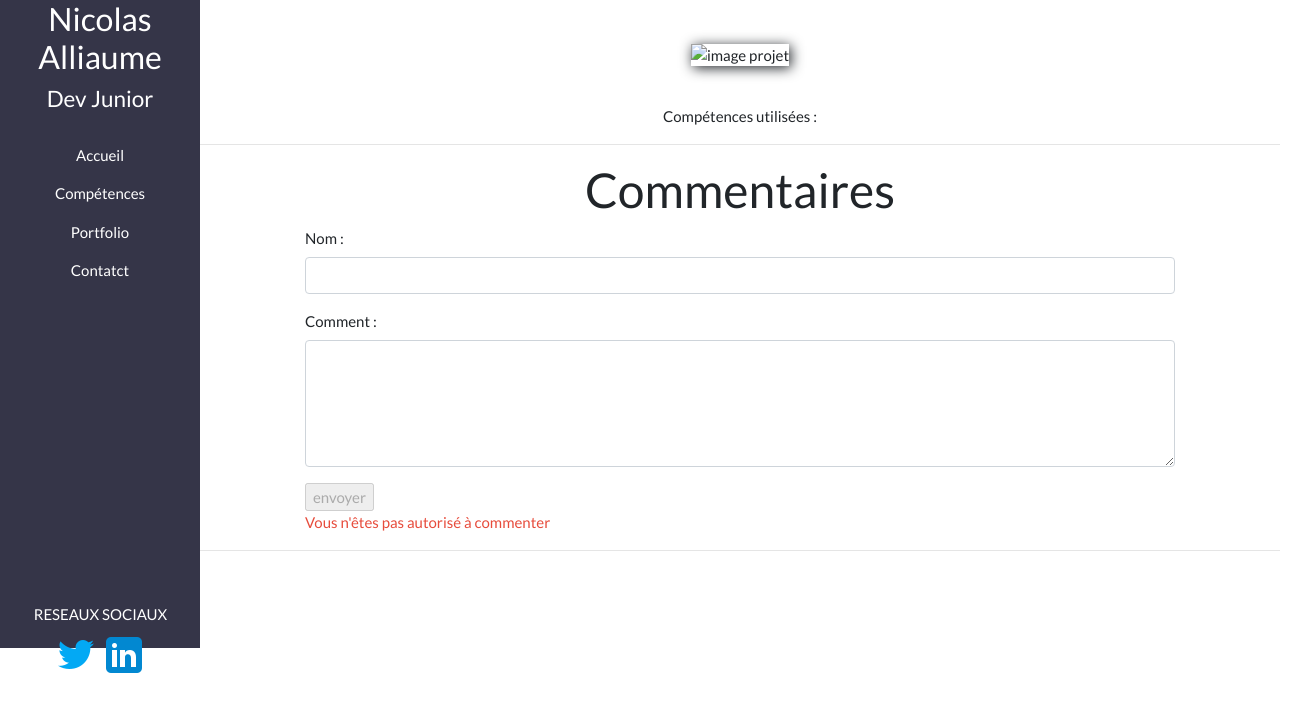
Repository: Nicolas-al/alliaumen
Page: templates/portfolio/index.html.twig
An editor plug-in stored every save of this project. The page is shown before and after the next save, followed by the edit.
The browser window is 1280 px wide. The page is 1280 px wide, then 1295 px, so the pictures cover 1295 px, including what lies to the right of the window. The pictures show the whole page.
Some web fonts or font styles are not loaded; a fallback is used. Some web libraries are served in a nearby version. The page is a Twig template of a Symfony application; nobody is signed in and links lead nowhere. Other server files are loaded and not shown. The template is opened directly, without the code that normally fills it, so the values that code supplies are empty.

Above is the page before, as saved 2020-09-14 16:09:23.

### templates/portfolio/index.html.twig
{% extends 'base.html.twig' %}

{% block body %}
<div class="wrapper">
    <nav id="sidebar">
    {% include 'main/aside.html.twig' %}
    </nav>
    <div class="content">
        <section class="project_page">
            <div class="container">
                <h1>{{ portfolio.title }}</h1>
                <p> {{ portfolio.description }}</p>
                <figure>
                <img src="{{ vich_uploader_asset( portfolio, 'imageFile') | imagine_filter('slider_thumb')}}" alt="image projet">
                <figcaption>Compétences utilisées : {{ portfolio.skills }}</figcaption>
                </figure>
            </div>
        </section>
        <hr>
        <section id="comment_block">
            <div class="container col-lg-10" id="comment_whrite">
                <h1> Commentaires </h1>
                <form action={% if is_granted('ROLE_MODO') %} "{{ path('modo_project', {'id' : portfolio.id}) }}"
                {% else %}
                "{{ path('portfolio', {'id' : portfolio.id}) }}"
                {% endif %}
                method="post">
                    <div class="form-group">
                        <label for="author">Nom :</label>
                        <input class="form-control" type="text" name="author" required/>
                    </div>
                    <div class="form-group">
                        <label for="comment">Comment :</label>
                        <textarea class="form-control" rows="5" name="comment" id="comment" required></textarea>
                    </div>
                    <div class="form-group">
                        {% if ip == ipBan %}
                        <input type="submit" name="submit" value="envoyer" disabled>
                        <p class="text-danger"> Vous n'êtes pas autorisé à commenter </p>
                        {% else %}
                        <input type="submit" name="submit" value="envoyer">
                        {% endif %}
                    </div>
                </form>
            </div>
            <hr>
            <div class="container col-lg-10" id="comments">
                {% for comment in comments %}
                    {% if comment.portfolio == portfolio %}
                    <div class="row comment" id="{{ comment.id }}">
                        <div class="col-lg-12" id="author_comment">
                            <p>Posté par <strong>{{ comment.author }}</strong> le {{ comment.createdAt | date('d/m/Y') }} à {{ comment.createdAt | date('H:i') }}h </p>
                        </div>
                        <div class="col-lg-12" id="content_comment">
                            <p>{{ comment.content }} </p>
                        </div>
                        {% if is_granted('ROLE_MODO') %}
                        <div class="form-group" id="moderate-buttton">
                            <div class="delete-com" onclick="deleteCom({{ comment.id }}, {{ portfolio.id }})">
                                <input type="button" class="btn btn-primary" value="Supprimer">
                            </div>
                            <div class="moderate" onclick="banIp({{ comment.id }}, {{ portfolio.id }})">
                                <input type="button" class="btn btn-primary" value="Bannir l'IP">
                            </div>
                        </div>
                        {% endif %}
                    </div>
                    {% endif %}
                {% endfor %}
            </div>
        </section>
    </div>
</div>

{% endblock %}

### templates/base.html.twig
<!DOCTYPE html>
<html>
    <head>
        <lang="fr">
        <meta charset="UTF-8">
        <meta name="viewport" content="width=device-width, initial-scale=1">

        <title>{% block title %}Projet5!{% endblock %}</title>
        {% block stylesheets %}
        <link type="text/css" rel="stylesheet" href="{{ asset('/css/style.css') }}" />
        <link type="text/css" rel="stylesheet" href="{{ asset('/css/project.css') }}" />
        <link rel="stylesheet" href="https://bootswatch.com/4/flatly/bootstrap.min.css">
        <link rel="stylesheet" href="https://cdnjs.cloudflare.com/ajax/libs/font-awesome/5.9.0/css/all.css">
        <link href="https://fonts.googleapis.com/css2?family=Oswald&family=Philosopher&family=Roboto&family=Crete+Round&family=Dosis:wght@600&family=Merienda:wght@700&display=swap" rel="stylesheet">
        <script src="https://code.jquery.com/jquery-3.5.1.min.js" integrity="sha256-9/aliU8dGd2tb6OSsuzixeV4y/faTqgFtohetphbbj0=" crossorigin="anonymous"></script>
        <script src="{{ asset('js/accueil/profil.js') }}"></script>
        <script src="{{ asset('js/accueil/skills.js') }}"></script>
        <script src="{{ asset('js/accueil/slider.js') }}"></script>
        <script src="{{ asset('js/accueil/contact.js') }}"></script>

        {% endblock %}
    </head>
    <body>

            {# {% block aside %}{% endblock %} #}
            {% block body %}{% endblock %}
            {% block javascripts %}{% endblock %}
            <footer>
            {% block footer %}{% endblock %}
            </footer>
            <script src="{{ asset('js/portfolio/deleteCom.js') }}"></script>
            <script src="{{ asset('js/portfolio/banIp.js') }}"></script>
    </body>
</html>

### templates/main/aside.html.twig

    {% block sidebar %}
            <div class="sidebar-header">
                <h3 class="text-center">Nicolas Alliaume</h3>
                <h4 class="text-center">Dev Junior</h4>
            </div>
            <div class="navbar navbar-expand text-center">
                <ul class="nav" style="width: -webkit-fill-available">
                    <li class="nav-item active"><a href="/#" class="nav-link text-white">Accueil</a></li>
                    <li class="nav-item"><a href="/#block_competences" class="nav-link text-white">Compétences</a></li>
                    <li class="nav-item"><a href="/#block_portfolio" class="nav-link text-white">Portfolio</a></li>
                    <li class="nav-item"><a href="/#block_contact" class="nav-link text-white">Contatct</a></li>
                </ul>
            </div>
            <div class="block_network">
                <h6>RESEAUX SOCIAUX</h6>
                <div class="d-flex justify-content-center">
                    <img class="" src="{{ asset('images/icons/icon-twitter.png') }}" alt="icon de twitter">
                    <img src="{{ asset('images/icons/icon-linkedin.png') }}" alt="icon de linkedin">
                </div>
            </div>
    {% endblock %}

### public/css/style.css
.wrapper {
    display: flex;
    width: 100%;
    align-items: stretch;
}

#sidebar{
    background : #353548;
    max-width: 200px;
    min-width: 200px;
}
#header{
    height: 400px;
}
#block_competences{
    height: 500px;
    margin-left: 0;
    margin-right: 0;
}
#block_portfolio{
    height: 1400px;
}
#block_contact{
    margin-top: 20px;
    height: 380px;
}
footer{
    background: #353648
}
.button{
    background: #14a7ea;
    border: 1px solid white;
    padding: 9px 46px;
    border-radius: 4px;
}
.button a{
    font-size: 1.2em;
}
.button a:hover{
    text-decoration: none;
}

/* sections block titre */

.block_title{
    height: 165px;
    background: #35334814;
    width: 100%;
}
.title_elmt{
    display: flex;
    flex-direction: column;
}
.minus_block{
    text-align: center;
    margin-top: 61px;
}
.minus_one{
    color: #11a7ea
}
.minus_two{
    color: #1d75d2;
}
.minus_three{
    color: #353648;
}
.title{
    display: flex;
    margin-left: -15px;
    margin-right: -15px;
}
.title h4{
    font-family: 'Philosopher', sans-serif;
    margin-right: auto;
    margin-top: auto;
    margin-bottom: auto;
}
.title img{
    height: 39px;
    margin-top: auto;
    margin-left: auto;
    margin-bottom: auto;
}

/*------------------------------------- ASIDE -------------------------------------*/

#aside h3{
    font-family: 'Oswald', sans-serif;
}
.sidebar-header{
    color: white;
}
#sidebar ul{
    justify-content: center;
}
.block_nav{
    position: fixed;
    top: 27%;
    width: 15.7%
}

.block_nav ul{
    display: flex;
    flex-direction: column;
    margin: auto;
    justify-content: end;
}
.block_nav a{
    font-family: 'Catamaran', sans-serif;
    padding-left: 20px
}

.block_network{
    position: fixed;
    top: 84%;
    text-align: center;
    width: 15.7%;
}
h6{
    color: white;
}
/*----------------------------------- HEADER -----------------------------------*/

.header_p{
    font-family: 'Merienda', cursive;
    font-size: 1.3em;
    color: #212529e8;
    width: 93%;
    box-shadow: 0px 0px 7px;
    text-align: center;
}

#block_photo{
    max-width: 35%;
    margin: auto;
    padding-bottom: 40px;
}

/* Mon profil */

#block_profil{
    height: fit-content;
}

#profil{
    justify-content: center;
    align-items: center;
}
.block-down{
    margin-right: 5%;
}
.from-center{
    margin-left: 45px;
}
/* Animation double Flèches vers le bas */

@keyframes down{
	0% {transform: translateY(0%) ; opacity: 0.5}
	25% {transform: translateY(-30%); opacity: 0.2}
    75% {transform: translateY(30%); opacity: 1}
    100% {transform: translateY(0%); opacity: 0.5}
}
.double-down{
	animation: down 1.2s infinite;
	width: 3%;
}

/* ~~~~~~~ INIT. BTN ~~~~~~~ */

#profil{
    position: relative;
    padding: 1.4rem 4.2rem;
    padding-right: 3.1rem;
    font-size: 1.4rem;
    color: black;
    letter-spacing: 1.1rem;
    text-transform: uppercase;
    transition: all 500ms cubic-bezier(0.77, 0, 0.175, 1);
    cursor: pointer;
    user-select: none;
}

#profil:before, #profil:after {
    content: '';
    position: absolute;
    transition: inherit;
    z-index: -1;
    box-sizing: border-box;
}

#profil:hover {
    color: white;
    transition-delay: .5s;
}

#profil:hover:before {
    transition-delay: 0s;
}

#profil:hover:after {
    background: #353648;
    transition-delay: .35s;
}


#profil:before {
    top: 0;
    left: 50%;
    height: 100%;
    width: 0;
    border: 1px solid #353648;
    border-left: 0;
    border-right: 0;
}

#profil:after {
    bottom: 0;
    left: 0;
    height: 0;
    width: 100%;
    background: #353648;
}

#profil:hover:before {
    left: 0;
    width: 100%;
}

#profil:hover:after {
    top: 0;
    height: 100%;
}

#profil_panel{
    display: none;
}


/* ------------------------------------BLOCK COMPETENCES--------------------------------------*/
#skills{
    display: flex;
    width: 100%;
}
.skills{
    margin-bottom: -200px;
}
.skills-title{
    align-items: center;
}
.skills-title i{
    margin: inherit;
}
.logo-skills p{
    width: fit-content;
    margin: auto;
}
.logo-skills:hover{
   font-size: 20px;
   transition: 1s;
   font-weight: bold;
}
#skills img{
    width: 48px;
}
#skills img:hover{
    width: 65px;
    transition: 0.5s;
}
.align-title{
    margin: inherit;
    margin-left: 5px;
}

#front{
    width: 53%;
    border-bottom: 300px solid whitesmoke;
}
#back{
    width: 59%;
    border-bottom: 300px solid #353448;
    border-left: 43px solid #f5f5f5fc;
}

/* -------------------------------------------BLOCK PORTFOLIO----------------------------------------- */

#para_portfolio{
    height: 100px;
    padding: 0px 20px;
    text-align: center;
}

/* -------Slider------- */
.block_slides{
    height: 40%;
}
#block_portfolio h4{
    text-align: center;
    font-family: 'Philosopher', sans-serif;
}
.panel_project{
    width: 92%;
    margin: auto;
    display: none;
    box-shadow: 0px 0px 27px #353448;
    border-radius : 5px;
}


.description_project{
    border-bottom: 5px solid #f39c12c9;
    background: white;
    padding: 10px;
    border-top-left-radius: 5px;
    border-top-right-radius: 5px;
}
.description_project h4{
    font-weight: 700;
}
.description_project p{
    font-size: 1.1em;
}
.project img{
    width: 100%;
}
.project_link{
    border: 2px solid white;
    margin-left: 40%;
    position: absolute;
    z-index: 13;
    padding: 7px 15px;
    margin-top: -27%;
    background: #1e74d2;
}
.project_link:hover{
    background: #100f19;
}
.project_link a:hover{
    text-decoration: none;
}
.skills_project{
    border-top: 5px solid #f39c12c9;
}
.skills_project p{
    padding-right: 2%;
    padding-left: 2%;
    padding : 10px;
}
.skills_project span{
    font-weight: bold;
}
/* Cards projects */

#block_project_card{
    margin-top : 15%;
}
#projects_cards{
    text-align: center;
    justify-content: center;
   margin-left: 5%;
}
.project_card{
    color: white;
    margin-left: -10%;
    border: 1px solid;
    box-shadow: 0px 0px 3px;
    border-right: 2px solid;
    border-radius: 11px;
    max-width: 22%;
    background: #353348;
    cursor: pointer;
}
.project{
    opacity: 0.8;
}
.project h4{
    color: white;
}
.project p{
    color: white;
}
.project_content p{
    padding: 3% 9% 0% 9%;
    margin-bottom: 0;
    text-align: justify;
    font-size: 0.8em;
}
.project_content p:last-child{
    margin-bottom: 3%;
}
.project_content h4{
    padding: 3%;
}
.project_content img{
    width: 99%;
}
/*------------------------------------------- BLOCK CONTACT ---------------------------------------- */

#block_contact address a{
    font-weight: bold;
    color: #353648;
}

.modal_contact{
    display: none;
    background: white;
    width: inherit;
    z-index: 100;
    top: 0px;
    height: 100%;
    position: absolute;
    margin-left: -15px;
}

#errors_form{
    color: red;
    font-size: 1em;
    display: none;
}

/*-------------------------- MENTIONS LEGALES ------------------------*/

#mentions_body a{
    color: #0087d1;
}

/*---------------------------- FOOTER ---------------------------------*/

.copyright{

}

/*================================================ RESPONSIVE ======================================================== */
/*================================================            ======================================================== */

@media screen and (max-width: 991px){
    .wrapper{
        display: block;
    }
    #sidebar{
        min-width: 100%;
        max-width: 100%;
    }
    .block_nav{
        position: inherit;
        display: contents
    }
    .block_nav ul{
        display: flex;
        flex-direction: inherit;
        justify-content: center;
    }
    .block_network{
        position: absolute;
        top: 10%;
        left: 5%;
    }
    .block_network h6{
        display: none;
    }
    #mentions_body{
    margin-left: 2%;
    }

    #block_competences{
        height: auto;
    }

    #skills{
        height: fit-content;
        flex-direction: column;
        display: flex !important;
    }
    .skills{
        margin-bottom: 0;
    }
    #front{
        width: auto;
        border-bottom: none;
        background-color: #f5f5f5;
    }
    #text_black{
        padding: 20px 30px
    }
    #back{
        width: auto;
        border-bottom: none;
        border-left: none;
        background-color: #353448;
    }
    #text_white{
        padding: 20px 30px
    }
    .logo-skills{
        width: 20% !important;
    }
    #block_portfolio{
        height: auto;
    }
    #para_portfolio{
        margin-top: 5%;
        margin-bottom: 12%;
    }
    #block_project_card {
        margin-top: 20%;
    }
    .project_card {
        max-width: 26%;
        height: 259px;
    }
}

@media screen and (max-width: 702px){
    .projects_cards{
        margin-left: 5%;
    }
    .project_content p {
        font-size: 0.7em;
    }
    .project_card {
        max-width: 29%;
        height: 241px;
    }

}
    @media screen and (max-width: 500px){
    .project_card {
        max-width: 32%;
        height: 243px;
        }
    .block_slides{
        margin: 0% 0% 0% 2% !important;
    }
    .project_link{
        margin-left: 35%;
    }
    #block_project_card {
        margin-top: 30%;
        padding-left: 7%;
    }
    .block_network{
        top: 1%;
        left: 8%;
    }
    h6{
        display: none;
    }
    #contact_block{
        width: 80%;
    }
}

### public/css/project.css
/* ------------ Project Page -------------- */

h1{
    text-align: center;
    margin: 4%;
}
.project_page p{
    font-size: 1.1em;
    margin: 4% 0%;
    text-align: center;
}
.content{
    width: 100%;
}
figure{
    text-align: center;
}
figure img{
    box-shadow: 2px 2px 13px;
}
figcaption{
    margin-top: 39px
}
#comment_block{
    margin-bottom: 30px;
}
#comments{
    margin-bottom: 9%;
    margin-top: 4%;
}
#comments .comment{
    margin-bottom: 30px;
    border: 1px gainsboro;
    box-shadow: 1px 1px 5px;
}
#author_comment{
background-color: #353648;
color :white
}
#content_comment{
background-color: #35364859;
padding: 9px 10px;
}

### public/js/accueil/profil.js
$(document).ready(function () {

    var blockDown = $('.block-down>i')
    var profil = $('#profil');
    var x = window.matchMedia("(max-width: 702px)");
    var xSmall = window.matchMedia("(max-width: 576px)");
    var blockSkills = $('#block_competences');

    profil.on("click", function(){
        blockDown.removeClass("double-down");
        $('#profil_panel').fadeIn(2000).delay(1000);
        $('#block_profil').css({
        "margin" : "unset"
        });
        $(this).css({
            "background" : "#353548",
            "color" : "white"
        })
        if (x.matches) { // If media query matches
            blockSkills.css({"margin-top" : "5%"});
          }
        if (xSmall.matches) {
            blockSkills.css({"margin-top" : "33%"});
        }
        console.log('weeee');
    })
});

### public/js/accueil/slider.js
$(document).ready(function () {

    let projectCard = $('.project_card');
    let project = $('.project');
    let infosProject = $('.panel_project');
    let opacitySlide = $('.opacity_slide');
    console.log(projectCard);
    console.log(project);

    for (let i=0 ; i < projectCard.length; i++)
    {
        $(projectCard[1]).css({
            "marginTop" : "-100px",
            "marginBottom" : "100px",
            "background" : "rgb(97, 95, 130);",
            "cursor" : "default"
        });
        for (let a=0 ; a < projectCard.length; a++)
        {
            $(projectCard[a]).click(function (){
                if ($(projectCard[i]).css('marginTop') === '-100px'){
                    $(projectCard[i]).css({
                        "marginTop" : "0px",
                        "marginBottom" : "0px",
                        "background" : "#353348",
                        "cursor" : "pointer"
                    })
                }
                $(projectCard[a]).css({
                    "marginTop" : "-100px",
                    "marginBottom" : "100px",
                    "background" : "rgb(97, 95, 130);",
                    "cursor" : "default"
                })
                $(infosProject[i]).hide();
                $(opacitySlide[i]).hide();
                $(infosProject[a]).show();
                $(opacitySlide[a]).show();
            });


            if ($(projectCard[i]).css('marginTop') === '-100px')
            {
                $(infosProject[i]).show();
                $(opacitySlide[i]).show();
            }


        }
    }
})

### public/js/accueil/contact.js
$(document).ready(function () {
        // on click pour afficher le formulaire
        ($('#form_button')).click(function(){
            $('.modal_contact').show();
            $('#sidebar').on('click', function(){
                $('.modal_contact').hide();
            });
        });
        //on attribut un href au btn de validation du formulaire
        if($('.modal_contact').hide()){
            console.log($('#form_link').attr("href"));
            $('#form_link').attr("href", "#contact_form");
        }
        // on click pour valider le formulaire
        $('#button_form').on('click', function(e){
            var name = $('#name').val();
            var firstName = $('#firstname').val();
            var mail = $('#mail').val();
            var message = $('#message').val();
            // si des champs sont vides : message erreur
            if (name === "" || firstName === "" || mail === "" || message === ""){
                var errorsForm = $('#errors_form').text("Un ou plusieurs champs ne sont pas remplis");
                errorsForm.fadeIn(300).delay(8000).fadeOut(1000);
            }
            // si tout es ok on fait une requete ajax
            else{
                $.ajax({
                    url: '/sendmail',
                    type: 'POST',
                    dataType : 'html',
                    data : 'name=' + name + '&firstname=' + firstName + '&mail=' + mail + '&message=' + message,
                    success: function (code_html, statut) { // success est toujours en place, bien sûr !
                        console.log(code_html);
                    },
                    error: function (resultat, statut, erreur) {
                    }
                });
                name = $('#name').val("");
                firstName = $('#firstname').val("");
                mail = $('#mail').val("");;
                message = $('#message').val("");
                $('.modal_contact').hide();
                console.log($("#button_form > a").attr("href"));
                $("#button_form > a").attr("href", "#block_contact");
            }
        });
});

### public/js/portfolio/deleteCom.js
function deleteCom(commentId, portfolioId) {
    $.ajax({
        url: '/modo/' + portfolioId + '/?action=deleteCom&commentId=' + commentId,
        type: 'GET',
        dataType: 'html',
        success: function (code_html, statut) { // success est toujours en place, bien sûr !
            console.log('ok');
            let balise = '#' + commentId;
            $(balise).css({
                'display': 'none'
            });
            console.log(balise);
        },

        error: function (resultat, statut, erreur) {
           console.log(resultat, statut );
        }
    });
}

### public/js/portfolio/banIp.js
function banIp(commentId, portfolioId){

    console.log(portfolioId);
        $.ajax({
            url: '/modo/' + portfolioId + '/?action=ban&commentId=' + commentId,
            type: 'GET',
            dataType: 'html',
            success: function (code_html, statut) { // success est toujours en place, bien sûr !
                let balise = '#' + commentId;
                $(balise).css({
                    'display': 'none'
                });
                console.log(balise);
            },
        })

}

### templates/main/footer.html.twig
  {% block footer %}
                <footer class="row">
                    <div class="col-lg-12 mb-5 mt-5 text-center">
                        <a href="{{ path("mentions") }}" class="text-white">Mentions légales</a>
                    </div>
                    <div class="col-lg-12 text-dark copyright">
                            <p class="text-center">Tous droits réservés © Nicolas ALLIAUME 2020 - Portfolio numérique</p>

                    </div>
                </footer>
{% endblock %}

After the next save:
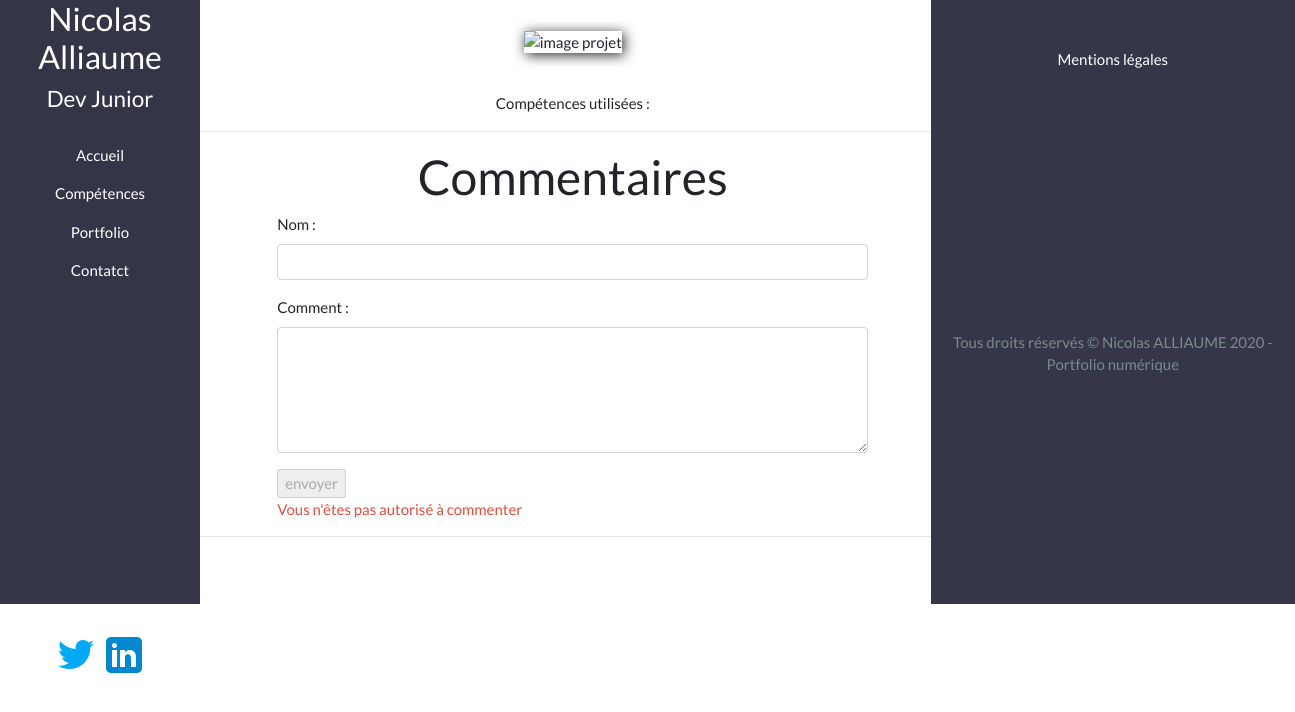
Saved 64 s later.
--- a/templates/portfolio/index.html.twig
+++ b/templates/portfolio/index.html.twig
@@ -70,6 +70,7 @@
             </div>
         </section>
     </div>
+    {% include 'main/footer.html.twig' %}
 </div>
 
 {% endblock %}
